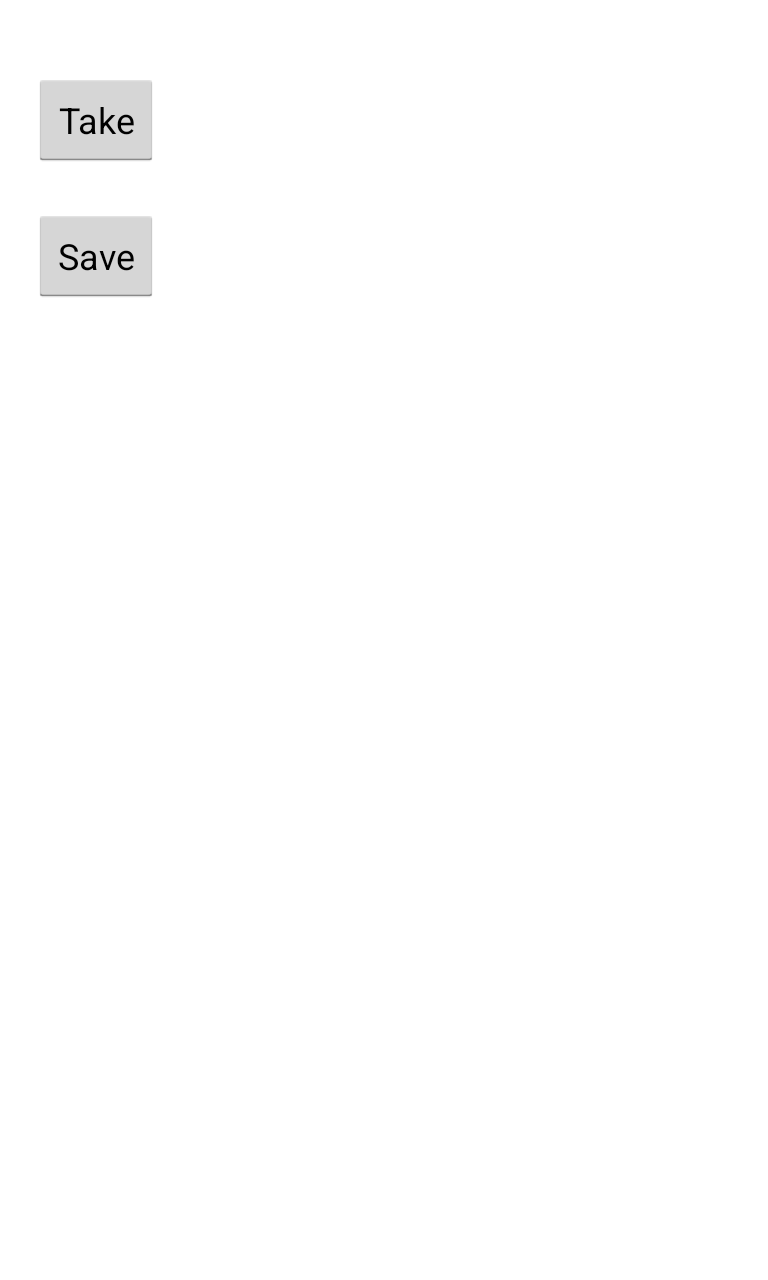
Repository: jellydiamonds/Proto
Layout: Android/Camera/res/layout/activity_main.xml
These files come from the project's save history. The layout is drawn as it stood at one moment and after the next save; the edit follows.
It is drawn on a 768 x 1280 px phone screen (xhdpi) without system bars, with theme AppTheme; the app's code is not run.

Above is the layout before, as saved 2014-03-20 14:59:22.

### Android/Camera/res/layout/activity_main.xml
<RelativeLayout xmlns:android="http://schemas.android.com/apk/res/android"
    xmlns:tools="http://schemas.android.com/tools"
    android:layout_width="match_parent"
    android:layout_height="match_parent"
    android:paddingBottom="@dimen/activity_vertical_margin"
    android:paddingLeft="@dimen/activity_horizontal_margin"
    android:paddingRight="@dimen/activity_horizontal_margin"
    android:paddingTop="@dimen/activity_vertical_margin"
    tools:context=".MainActivity" >

    <LinearLayout
        android:id="@+id/layout1"
        android:layout_width="match_parent"
        android:layout_height="match_parent"
        android:orientation="horizontal" >

        <LinearLayout
             android:id="@+id/layout2"
            android:layout_width="wrap_content"
            android:layout_height="wrap_content"
            android:orientation="vertical" >

        	<Button
            	android:id="@+id/button1"
            	android:layout_width="wrap_content"
            	android:layout_height="wrap_content"
            	android:layout_marginTop="20dp"
            	android:text="Take" />

        	<Button
            	android:id="@+id/button2"
            	android:layout_width="wrap_content"
            	android:layout_height="wrap_content"
            	android:layout_marginTop="20dp"
            	android:text="Save"/>

        </LinearLayout>

        <ImageView
            android:id="@+id/imageView1"
            android:layout_width="wrap_content"
            android:layout_height="wrap_content"
            android:layout_marginTop="95dp"
            android:contentDescription="Image taken" />

    </LinearLayout>

</RelativeLayout>

Loaded but not shown: Android/Camera/res/values/styles.xml (common file); Android/Camera/res/values-v11/styles.xml (common file); Android/Camera/res/values-v14/styles.xml (common file); Android/Camera/res/values/dimens.xml (common file)

After the next save:
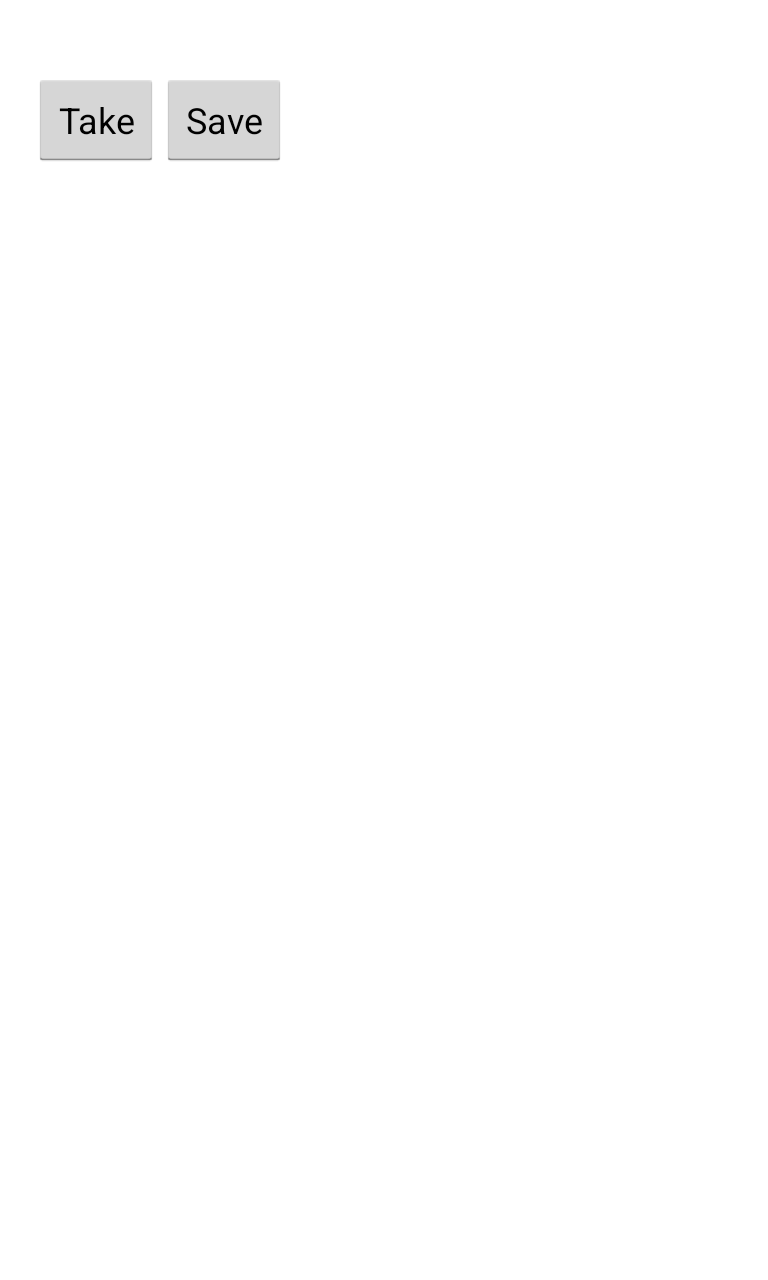
Saved 35 s later.
--- a/Android/Camera/res/layout/activity_main.xml
+++ b/Android/Camera/res/layout/activity_main.xml
@@ -12,13 +12,13 @@
         android:id="@+id/layout1"
         android:layout_width="match_parent"
         android:layout_height="match_parent"
-        android:orientation="horizontal" >
+        android:orientation="vertical" >
 
         <LinearLayout
              android:id="@+id/layout2"
             android:layout_width="wrap_content"
             android:layout_height="wrap_content"
-            android:orientation="vertical" >
+            android:orientation="horizontal" >
 
         	<Button
             	android:id="@+id/button1"
